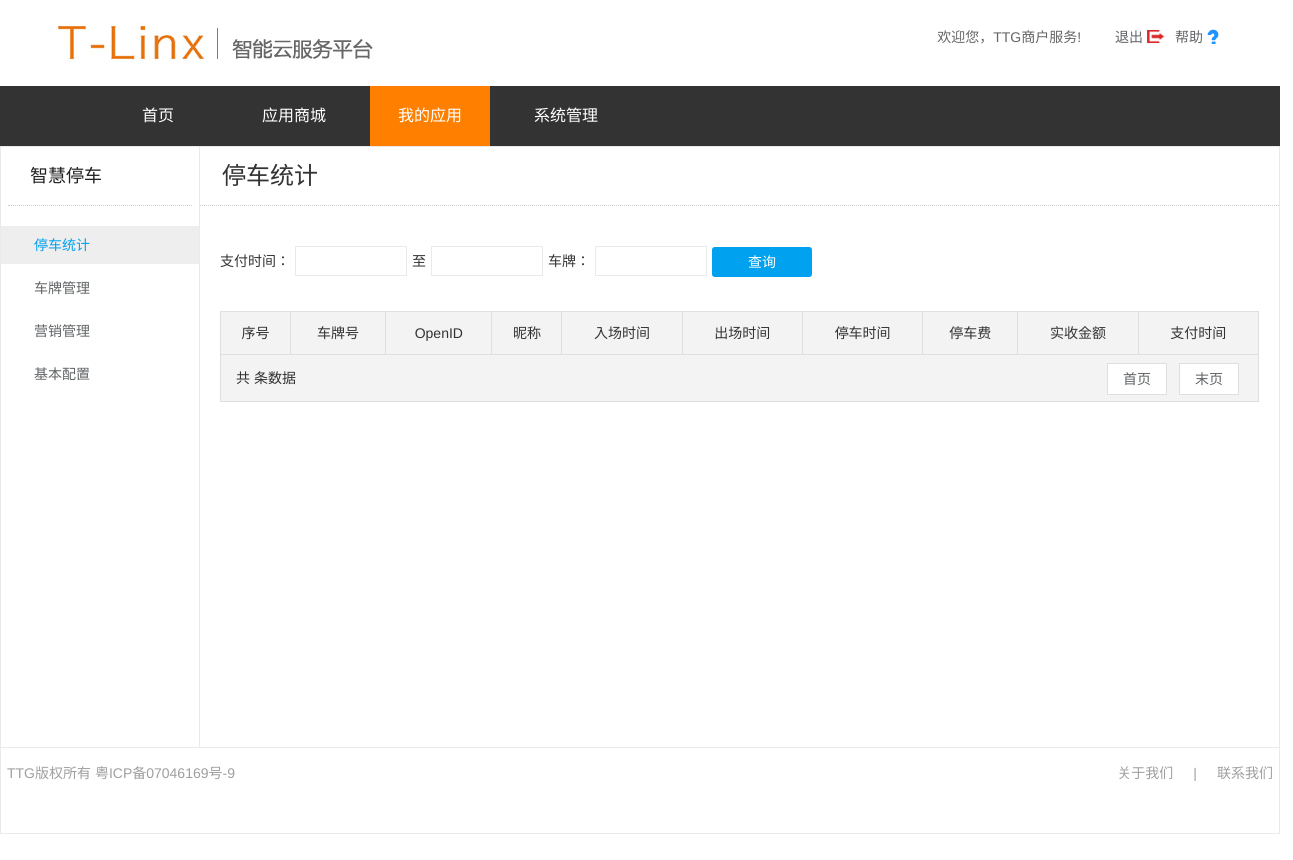
Repository: Keori/ParkCar
Page: admin/商户云/智慧停车/ParkManage.html
An editor plug-in stored every save of this project. The page is shown before and after the next save, followed by the edit.
The browser window is 1280 px wide. The page is 1293 px wide, then 1280 px, then 1293 px, so the pictures cover 1293 px, including what lies to the right of the window. The pictures show the whole page.
The page's requests for data from a server got no answer.

Above is the page before, as saved 2018-12-24 10:10:11.

### admin/商户云/智慧停车/ParkManage.html
<!DOCTYPE html>
<html lang="en">
<head>
    <meta charset="utf-8">
    <meta name="viewport" content="initial-scale=1.0,width=device-width" />
    <meta name="keywords" content="" />
    <meta name="description" content="" />
    <title>会员卡</title>
    <link href="../css/reset.css" type="text/css" rel="stylesheet"/>
    <link href="../css/layout.css" type="text/css" rel="stylesheet"/>
    <link href="../laydate/laydate.css" type="text/css" rel="stylesheet"/>
    <script type="text/javascript" src="../js/jquery-3.1.1.min.js"></script>
    <script type="text/javascript" src="../js/vue.js"></script>
</head>
<body>
<header class="header index_header">
    <div class="top w1170">
        <div class="logo"><i></i><img src="../images/logo.jpg" alt=""/></div>
        <div class="top_right">欢迎您，TTG商户服务! <span class="icon out_icon"><a href="">退出<code></code></a></span><span class="icon help_icon"><a href="">帮助<code></code></a></span></div>
    </div>

    <menu class="menu">
        <div class="w1170">
            <ul>
                <li><a href="">首页</a></li>
                <li><a href="">应用商城</a></li>
                <li class="on"><a href="">我的应用</a></li>
                <li><a href="">系统管理</a></li>
            </ul>
        </div>
    </menu>
</header>
<section id="content" class="content content1170">
    <aside class="left_con">
        <div class="left_con_tit borderb">智慧停车</div>

        <ul>
            <li class="on"><a href="">停车统计</a></li>
            <li><a href="">车牌管理</a></li>
            <li>
                <h1><a class='pagetitle' href="javascript:;" @click='ManageType'>营销管理</a><i></i></a>
                <div class='secondary' v-show='type'>
                    <h2 :class="{active:changeGray===1}" @click='change(1)'>
                        <a class='nextselect' href="Manage.html">
                            <span class='blockText'>模板类型</span>
                        </a>
                    </h2>
                    <h2 :class="{active:changeGray===2}" @click='change(2)'>
                        <a class='nextselect' href="Manage2.html">
                            <span class='blockText'>广告类型</span>
                        </a>
                    </h2>
                </div>
            </li>
            <li><a href="Basic.html">基本配置</a></li>
        </ul>
    </aside>
    <section id="boxRight" class="boxRight">
        <div class="boxRight_tit f1 borderb">停车统计</div>
        <article class="boxRightCon">
            <div class="CommonInput viplist_formlist viplist_formlist_1">
                <ul>
                    <li>
                        <span class="name">支付时间：</span><input id='timeData' name="text" type="text" style="width:100px;"/>
                    </li>
                    <li>
                        <span class="name">至</span><input id='timeData1' name="text" type="text" style="width:100px;"/>
                    </li>
                    <li>
                        <span class="name">车牌：</span><input v-model='filterSearch.plateNo' name="text" type="text" style="width:100px;"/>
                    </li>
                    <li>
                        <div class="org_btn"><a @click='Search'>查询</a></div>
                    </li>
                </ul>
            </div>
            <table width="100%" cellpadding="0" cellspacing="0" border="0" class="commonTable commonTable4">
                <tr>
                    <th>序号</th>
                    <th>车牌号</th>
                    <th>OpenID</th>
                    <th>昵称</th>
                    <th>入场时间</th>
                    <th>出场时间</th>
                    <th>停车时间</th>
                    <th>停车费</th>
                    <th>实收金额</th>
                    <th>支付时间</th>
                </tr>
                <tr v-for='(item,index) in Park' v-show='index<6'>
                    <td>{{index+1}}</td>
                    <td>{{item.plateNo}}</td>
                    <td>{{item.OpenId}}</td>
                    <td>{{item.nickName}}</td>
                    <td>{{item.entryTime}}</td>
                    <td>{{item.payTime}}</td>
                    <td>{{item.elapsedTime}}</td>
                    <td>{{item.payable}}</td>
                    <td class="red">{{item.OfficialMoney}}</td>
                    <td>{{item.payTime}}</td>
                </tr>
            </table>
            <div class="bg_f3 page">共 {{pages.pageSize}} 条数据
                <div class="page_right fr">
                    <a href="javascript:;">首页</a>
                    <span v-show='current != 0' @click='current-- && goto(current)'>
                        <a href="#">上一页</a>
                    </span>
                    <span class='itempage'
                        v-for='(paging,index) in items'
                        :key='index'>
                        <a href="javascript:;" :class='{active:current===index}' @click='goto(index)'>{{paging}}</a>
                    </span>
                    <span v-show="allpage != current && allpage != 0 " @click="current++ && goto(current++)">
                        <a href="#">下一页</a>
                    </span>
                    <a href="javascript:;">末页</a>
                </div>
            </div>
        </article>
    </section>
    <footer class="footer">
        <div class="w1000">
            <p class="footer_a fl">TTG版权所有   粤ICP备07046169号-9</p>
            <p class="footer_b fr"><a href="">关于我们</a>|<a href="">联系我们</a></p>
        </div>
    </footer>
</section>
<script  type="text/javascript">
    new Vue({
        el: '#content',
        data(){
            return{
                current: 0,
                showItem:5,
                allpage:'',
                type: false,
                changeGray: '',
                filterSearch:{
                    plateNo: '',
                    payTimeStart: '',
                    payTimeEnd: ''
                },
                Park: [],
                pages:{},
            }
        },
        computed:{
            items(){
                const current = this.pages.currPage
                const allpage = this.pages.totalPage
                // if(c){
                //     return [1,2,3,4,5]
                // }else if(c >=6){
                //     return ['···',c-1,c,c+1,'···',t]
                // }else{
                //     return [1,2,3,4,5,'···',t]
                // }
                let pag = [];
                if( this.current < this.showItem ){
                    let i = Math.min(this.showItem,this.allpage);
                    while(i){
                        pag.unshift(i--);
                    }
                }else{
                    let middle = this.current - Math.floor(this.showItem / 2 ),
                        i = this.showItem;
                    if( middle >  (this.allpage - this.showItem)  ){
                        middle = (this.allpage - this.showItem) + 1
                    }
                    while(i--){
                        pag.push( middle++ );
                    }
                }
                return pag
            }
        },
        methods:{
            Search(){
                this.filterSearch.payTimeStart = $('#timeData').val()
                this.filterSearch.payTimeEnd = $('#timeData1').val()
                let params = this.filterSearch;
                console.log(this.filterSearch);
                $.ajax({
                url: 'http://park.ardy0220.top:9999/merchant/car/paylist',
                type: 'get',
                data: params,
                statusCode:{
                    404:function(){
                        alert('网络错误')
                    }
                },
                success:(params) => {
                    this.Park = params.page.list
                    this.pages = params.page
                    console.log(this.pages);
                    console.log(this.Park)
                }
            })
            },
            ManageType(){
                if(this.type === false){
                    this.type = true
                }else{
                    this.type = false
                }
            },
            change(num){
                this.changeGray = num
            },
            goto(index){
                if(index == this.current) return;
                this.current = index;
            }
        },
        created(){
            this.Search()
        }
    })
</script>
</body>
<script src="../laydate/laydate.js"></script>
<script>
laydate({
    elem: '#timeData' //指定元素
});
laydate({
    elem: '#timeData1' //指定元素
});
</script>
<style>
.pagetitle,.nextselect{
    font-weight: normal;
}
.nextselect{
    font-size: 14px;
}
.active{
    background: #EEEEEE
}
.blockText{
    display: block;
    width: 130px;
    height: 37.6px;
    margin: auto;
}
.active{
    background: #34495e !important;
    border-color: #34495e;
    color: #fff;
}
</style>
</html>




<!-- let params = {}
$.ajax({
    url: 'http://park.ardy0220.top:9999/merchant/car/list',
    type: 'get',
    data: params,
    statusCode:{
        404:() => {
            alert('网络错误')
        }
    },
    success:(params) => {
        this.Park = params.page.list
        console.log(this.Park)
    }
}) -->
<!-- 车牌管理 -->

### admin/商户云/laydate/laydate.css
/**

 @Name： laydate皮肤：默认
 @Author：贤心
 @Site：http://sentsin.com/layui/laydate

**/

.laydate-icon{border:1px solid #C6C6C6; background-image:url(icon.png)}

.laydate_body .laydate_box,
.laydate_body .laydate_ym,
.laydate_body .laydate_ym .laydate_yms,
.laydate_body .laydate_table,
.laydate_body .laydate_table td,
.laydate_body .laydate_bottom #laydate_hms,
.laydate_body .laydate_time,
.laydate_body .laydate_bottom .laydate_btn a{border:1px solid #ccc;}

.laydate_body .laydate_y .laydate_yms a,
.laydate_body .laydate_choose,
.laydate_body .laydate_table thead,
.laydate_body .laydate_bottom .laydte_hsmtex{background-color:#F6F6F6;}

.laydate_body .laydate_box,
.laydate_body .laydate_ym .laydate_yms,
.laydate_body .laydate_time{box-shadow: 2px 2px 5px rgba(0,0,0,.1);}

.laydate_body .laydate_box{border-top:none; border-bottom:none; background-color:#fff; color:#333;}
.laydate_body .laydate_box input{color:#333;}
.laydate_body .laydate_box .laydate_void{color:#ccc!important; /*text-decoration:line-through;*/}
.laydate_body .laydate_box .laydate_void:hover{background-color:#fff!important}
.laydate_body .laydate_box a, .laydate_body .laydate_box a:hover{color:#333;}
.laydate_body .laydate_box a:hover{color:#666;}
.laydate_body .laydate_click{background-color:#eee!important;}
.laydate_body .laydate_top{border-top:1px solid #C6C6C6;}
.laydate_body .laydate_ym .laydate_yms{border:1px solid #C6C6C6; background-color:#fff;}
.laydate_body .laydate_y .laydate_yms a{border-bottom:1px solid #C6C6C6;}
.laydate_body .laydate_y .laydate_yms .laydate_chdown{border-top:1px solid #C6C6C6; border-bottom:none;}
.laydate_body .laydate_choose{border-left:1px solid #C6C6C6;}
.laydate_body .laydate_chprev{border-left:none; border-right:1px solid #C6C6C6;}
.laydate_body .laydate_choose:hover,
.laydate_body .laydate_y .laydate_yms a:hover{background-color:#fff;}
.laydate_body .laydate_chtop cite{border-bottom-color:#666;}
.laydate_body .laydate_chdown cite, .laydate_body .laydate_ym label{border-top-color:#666;}
.laydate_body .laydate_chprev cite{border-right-style:solid; border-right-color:#666;}
.laydate_body .laydate_chnext cite{border-left-style:solid; border-left-color:#666;}
.laydate_body .laydate_table td{border:none;  height:21px!important; line-height:21px!important; background-color:#fff;}
.laydate_body .laydate_table .laydate_nothis{color:#999;}
.laydate_body .laydate_table thead{height:21px!important; line-height:21px!important;}
.laydate_body .laydate_table thead th{border-bottom:1px solid #ccc;}
.laydate_body .laydate_bottom{border-bottom:1px solid #C6C6C6;}
.laydate_body .laydate_bottom #laydate_hms{background-color:#fff;}
.laydate_body .laydate_time{background-color:#fff;}
.laydate_body .laydate_bottom .laydate_sj{border-right:1px solid #C6C6C6; background-color:#F6F6F6;}
.laydate_body .laydate_bottom input{background-color:#fff;}
.laydate_body .laydate_bottom .laydte_hsmtex{border-bottom:1px solid #C6C6C6;}
.laydate_body .laydate_bottom .laydate_btn{border-right:1px solid #C6C6C6;}
.laydate_body .laydate_bottom .laydate_v{color:#999}
.laydate_body .laydate_bottom .laydate_btn a{border-right:none; background-color:#F6F6F6;}
.laydate_body .laydate_bottom .laydate_btn a:hover{color:#000; background-color:#fff;}

.laydate_body .laydate_m .laydate_yms span:hover,
.laydate_body .laydate_y .laydate_yms ul li:hover,
.laydate_body .laydate_table td:hover,
.laydate_body .laydate_time .laydate_hmsno span:hover{background-color:#F3F3F3}

### admin/商户云/laydate/skins/default/laydate.css
/**

 @Name： laydate皮肤：默认
 @Author：贤心
 @Site：http://sentsin.com/layui/laydate

**/

.laydate-icon{border:1px solid #C6C6C6; background-image:url(icon.png)}

.laydate_body .laydate_box,
.laydate_body .laydate_ym,
.laydate_body .laydate_ym .laydate_yms,
.laydate_body .laydate_table,
.laydate_body .laydate_table td,
.laydate_body .laydate_bottom #laydate_hms,
.laydate_body .laydate_time,
.laydate_body .laydate_bottom .laydate_btn a{border:1px solid #ccc;}

.laydate_body .laydate_y .laydate_yms a,
.laydate_body .laydate_choose,
.laydate_body .laydate_table thead,
.laydate_body .laydate_bottom .laydte_hsmtex{background-color:#F6F6F6;}

.laydate_body .laydate_box,
.laydate_body .laydate_ym .laydate_yms,
.laydate_body .laydate_time{box-shadow: 2px 2px 5px rgba(0,0,0,.1);}

.laydate_body .laydate_box{border-top:none; border-bottom:none; background-color:#fff; color:#333;}
.laydate_body .laydate_box input{color:#333;}
.laydate_body .laydate_box .laydate_void{color:#ccc!important; /*text-decoration:line-through;*/}
.laydate_body .laydate_box .laydate_void:hover{background-color:#fff!important}
.laydate_body .laydate_box a, .laydate_body .laydate_box a:hover{color:#333;}
.laydate_body .laydate_box a:hover{color:#666;}
.laydate_body .laydate_click{background-color:#eee!important;}
.laydate_body .laydate_top{border-top:1px solid #C6C6C6;}
.laydate_body .laydate_ym .laydate_yms{border:1px solid #C6C6C6; background-color:#fff;}
.laydate_body .laydate_y .laydate_yms a{border-bottom:1px solid #C6C6C6;}
.laydate_body .laydate_y .laydate_yms .laydate_chdown{border-top:1px solid #C6C6C6; border-bottom:none;}
.laydate_body .laydate_choose{border-left:1px solid #C6C6C6;}
.laydate_body .laydate_chprev{border-left:none; border-right:1px solid #C6C6C6;}
.laydate_body .laydate_choose:hover,
.laydate_body .laydate_y .laydate_yms a:hover{background-color:#fff;}
.laydate_body .laydate_chtop cite{border-bottom-color:#666;}
.laydate_body .laydate_chdown cite, .laydate_body .laydate_ym label{border-top-color:#666;}
.laydate_body .laydate_chprev cite{border-right-style:solid; border-right-color:#666;}
.laydate_body .laydate_chnext cite{border-left-style:solid; border-left-color:#666;}
.laydate_body .laydate_table td{border:none;  height:21px!important; line-height:21px!important; background-color:#fff;}
.laydate_body .laydate_table .laydate_nothis{color:#999;}
.laydate_body .laydate_table thead{height:21px!important; line-height:21px!important;}
.laydate_body .laydate_table thead th{border-bottom:1px solid #ccc;}
.laydate_body .laydate_bottom{border-bottom:1px solid #C6C6C6;}
.laydate_body .laydate_bottom #laydate_hms{background-color:#fff;}
.laydate_body .laydate_time{background-color:#fff;}
.laydate_body .laydate_bottom .laydate_sj{border-right:1px solid #C6C6C6; background-color:#F6F6F6;}
.laydate_body .laydate_bottom input{background-color:#fff;}
.laydate_body .laydate_bottom .laydte_hsmtex{border-bottom:1px solid #C6C6C6;}
.laydate_body .laydate_bottom .laydate_btn{border-right:1px solid #C6C6C6;}
.laydate_body .laydate_bottom .laydate_v{color:#999}
.laydate_body .laydate_bottom .laydate_btn a{border-right:none; background-color:#F6F6F6;}
.laydate_body .laydate_bottom .laydate_btn a:hover{color:#000; background-color:#fff;}

.laydate_body .laydate_m .laydate_yms span:hover,
.laydate_body .laydate_y .laydate_yms ul li:hover,
.laydate_body .laydate_table td:hover,
.laydate_body .laydate_time .laydate_hmsno span:hover{background-color:#F3F3F3}

Loaded but not shown: admin/商户云/js/jquery-3.1.1.min.js (library); admin/商户云/js/vue.js (library); admin/商户云/laydate/laydate.js (library); admin/商户云/css/layout.css (845 lines, source omitted); admin/商户云/css/reset.css (322 lines, source omitted); admin/商户云/laydate/need/laydate.css (72 lines, source omitted)

After the next save:
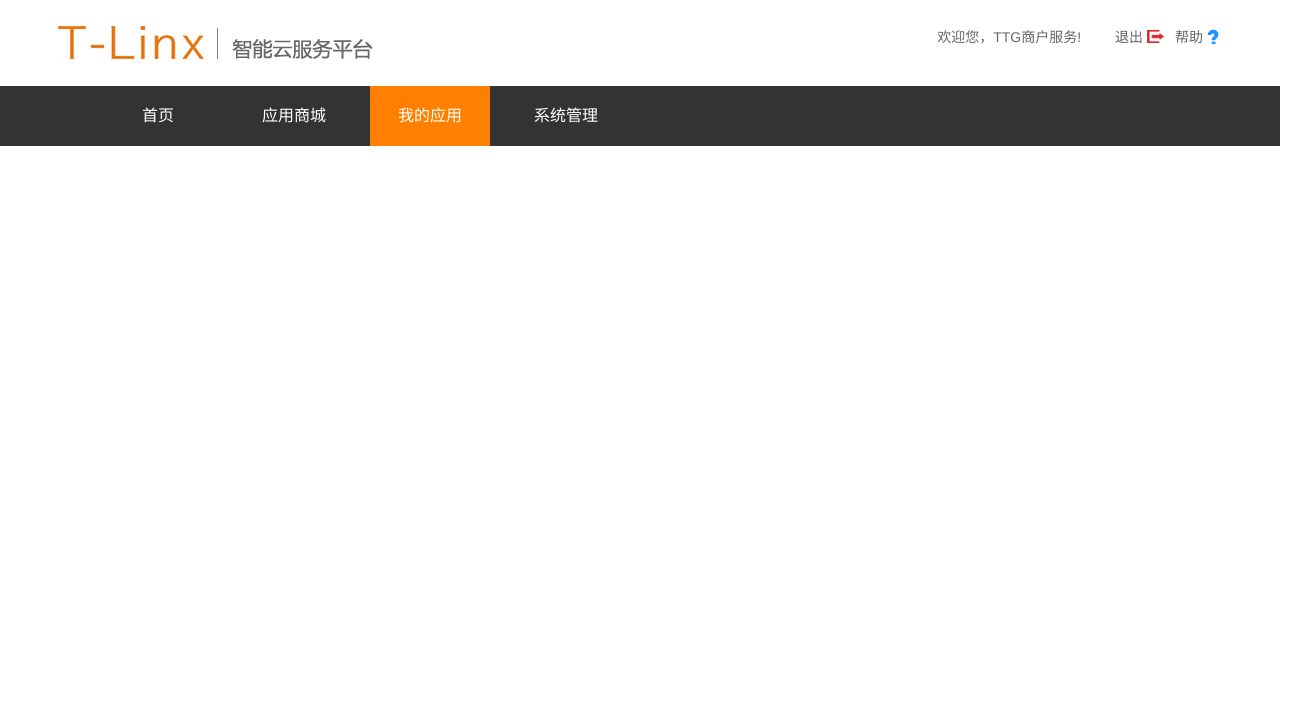
Console error: TypeError: Cannot read properties of undefined (reading 'length')
Saved 34 s later.
--- a/admin/商户云/智慧停车/ParkManage.html
+++ b/admin/商户云/智慧停车/ParkManage.html
@@ -149,13 +149,13 @@
             items(){
                 const current = this.pages.currPage
                 const allpage = this.pages.totalPage
-                // if(c){
-                //     return [1,2,3,4,5]
-                // }else if(c >=6){
-                //     return ['···',c-1,c,c+1,'···',t]
-                // }else{
-                //     return [1,2,3,4,5,'···',t]
-                // }
+                if(c){
+                    return [c]
+                }else if(c >=6){
+                    return ['···',c-1,c,c+1,'···',t]
+                }else{
+                    return [1,2,3,4,5,'···',t]
+                }
                 let pag = [];
                 if( this.current < this.showItem ){
                     let i = Math.min(this.showItem,this.allpage);

After the save that followed:
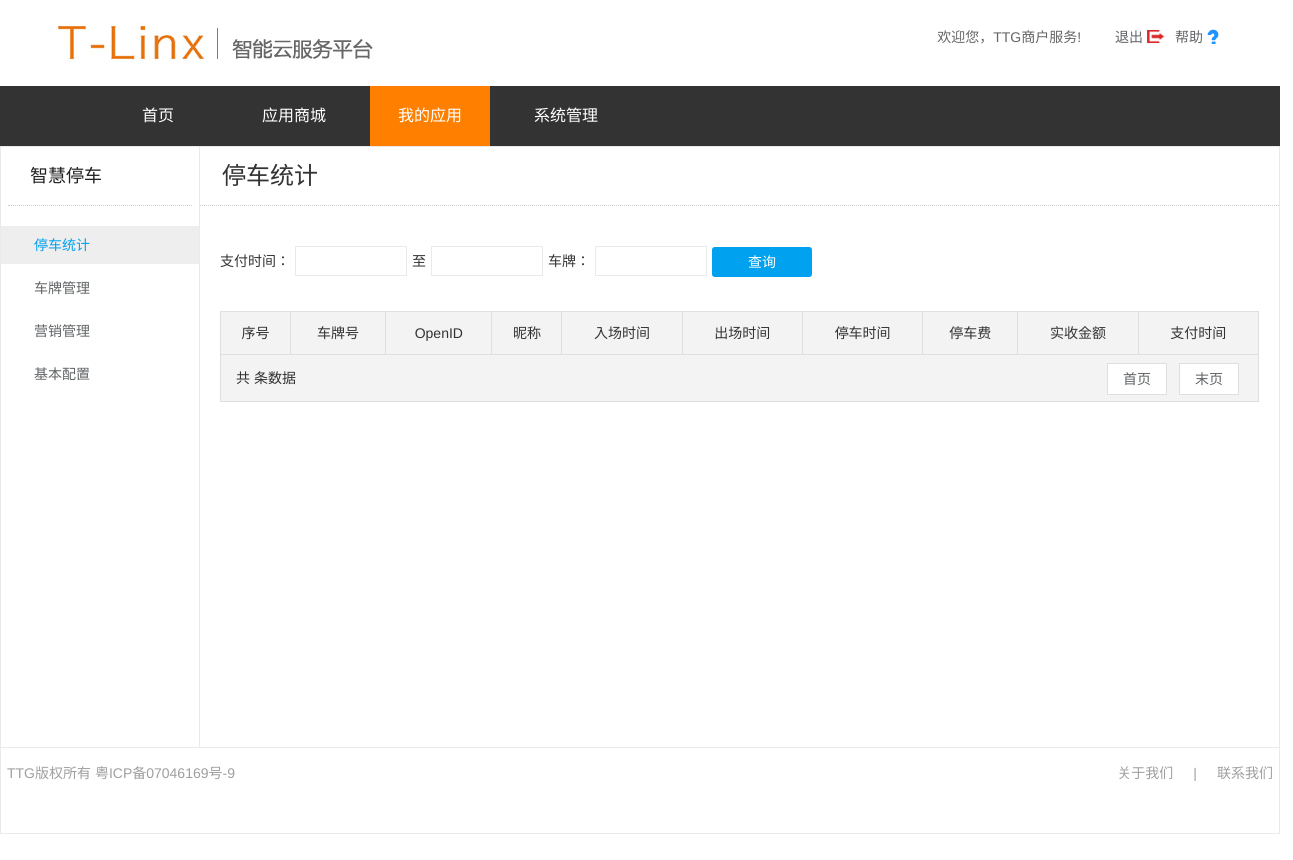
The error is gone.
Saved 12 s later.
--- a/admin/商户云/智慧停车/ParkManage.html
+++ b/admin/商户云/智慧停车/ParkManage.html
@@ -149,28 +149,28 @@
             items(){
                 const current = this.pages.currPage
                 const allpage = this.pages.totalPage
-                if(c){
+                let pag = [];
+                if( this.current < this.showItem ){
+                    let i = Math.min(this.showItem,this.allpage);
+                    while(i){
+                        pag.unshift(i--);
+                    }
+                }else{
+                    let middle = this.current - Math.floor(this.showItem / 2 ),
+                        i = this.showItem;
+                    if( middle >  (this.allpage - this.showItem)  ){
+                        middle = (this.allpage - this.showItem) + 1
+                    }
+                    while(i--){
+                        pag.push( middle++ );
+                    }
+                    if(c){
                     return [c]
                 }else if(c >=6){
                     return ['···',c-1,c,c+1,'···',t]
                 }else{
                     return [1,2,3,4,5,'···',t]
                 }
-                let pag = [];
-                if( this.current < this.showItem ){
-                    let i = Math.min(this.showItem,this.allpage);
-                    while(i){
-                        pag.unshift(i--);
-                    }
-                }else{
-                    let middle = this.current - Math.floor(this.showItem / 2 ),
-                        i = this.showItem;
-                    if( middle >  (this.allpage - this.showItem)  ){
-                        middle = (this.allpage - this.showItem) + 1
-                    }
-                    while(i--){
-                        pag.push( middle++ );
-                    }
                 }
                 return pag
             }
